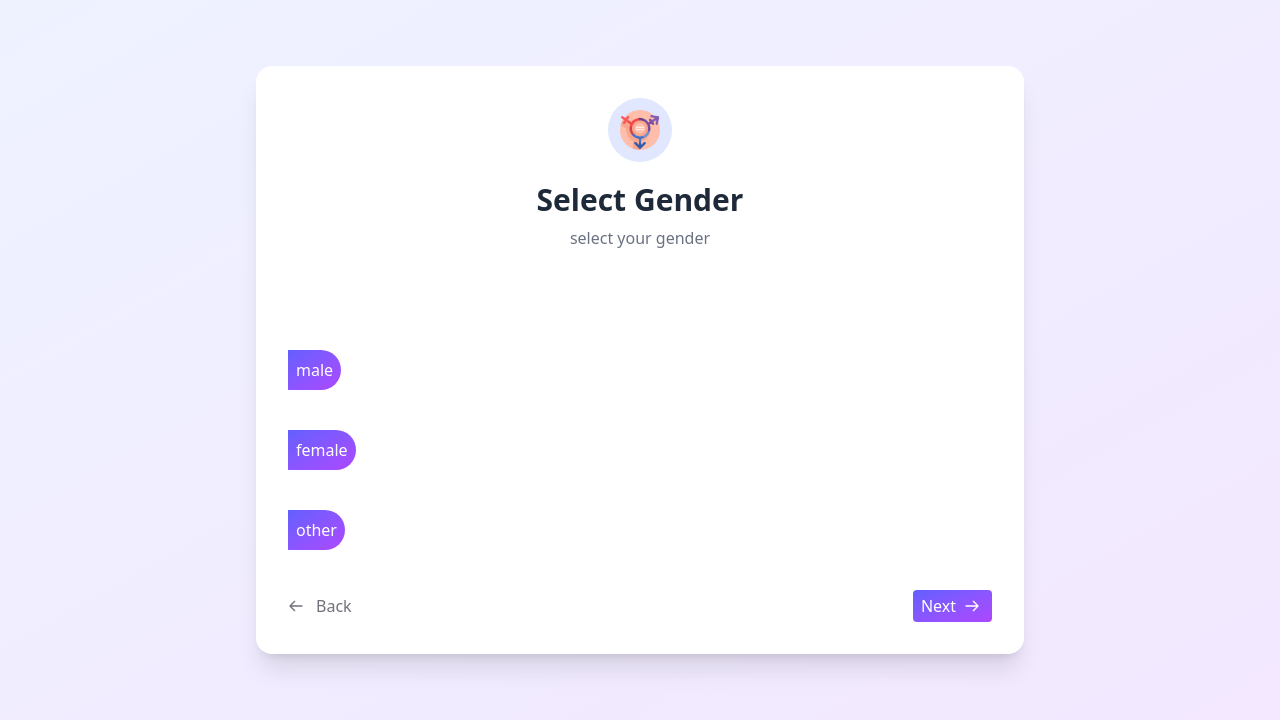
Repository: aryan151pratap/FitPanda
Page: / (app in frontened/)
The author's editor kept a copy of each file at every save. The page is drawn from the files as they stood at one save, then again after the next save.
The browser window is 1280 px wide. The pictures show the whole page.
The project was rebuilt for these pictures with package versions that can differ from the ones it lists, and the page was loaded fresh each time. Also part of the build but not shown: frontened/vite.config.js, frontened/src/App.css, frontened/src/components/page_1.jsx, frontened/src/login/login.jsx, frontened/src/login/sign_up.jsx, frontened/src/login/otp.jsx, frontened/src/notification/notify.jsx.

Above is the page before, as saved 2025-06-04 23:15:09.

After the next save:
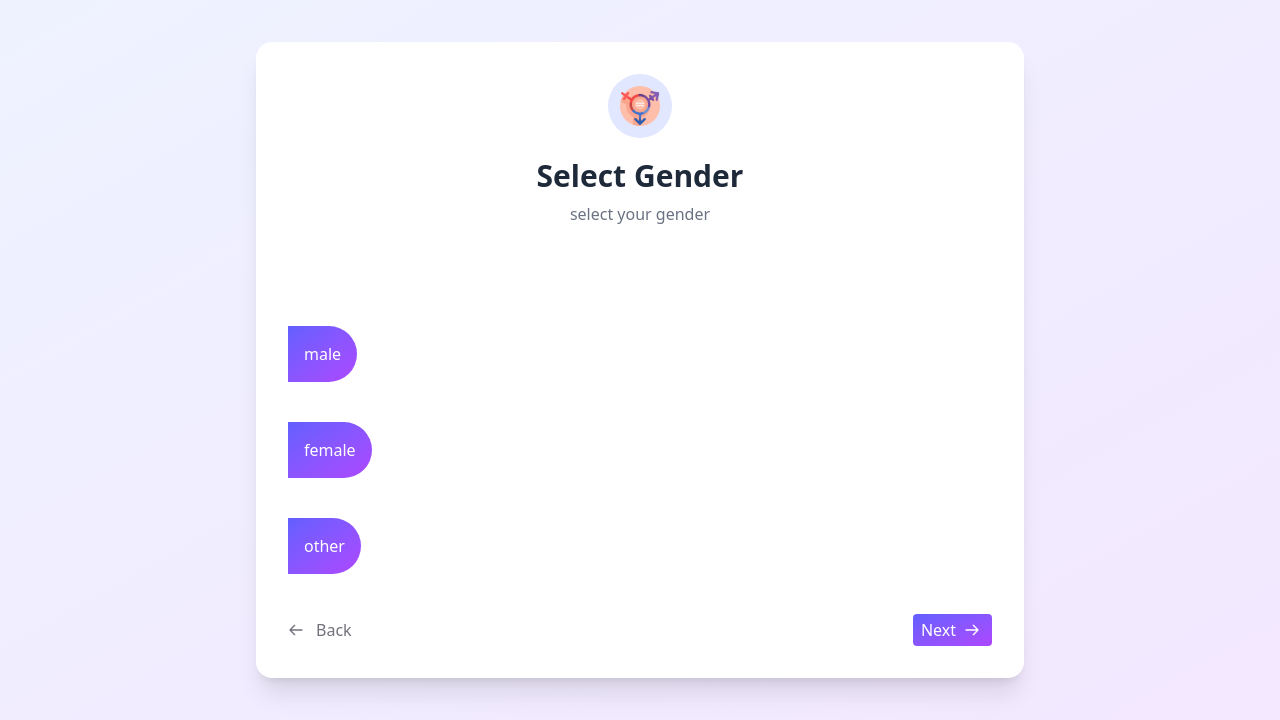
Saved 9 s later.
--- a/frontened/src/about_user/gender.jsx
+++ b/frontened/src/about_user/gender.jsx
@@ -41,7 +41,7 @@ function Gender(){
 						<div className="flex flex-col gap-10 mt-5">
 						{gen.map((i, index) => (
 							<div key={index}>
-								<button className="text-white rounded-l-sm rounded-r-full p-2 bg-gradient-to-br from-indigo-500 to-purple-500 cursor-pointer transition hover:px-4">
+								<button className="text-white rounded-l-sm rounded-r-full p-4 bg-gradient-to-br from-indigo-500 to-purple-500 cursor-pointer transition hover:px-4">
 									{i}
 								</button>
 							</div>
